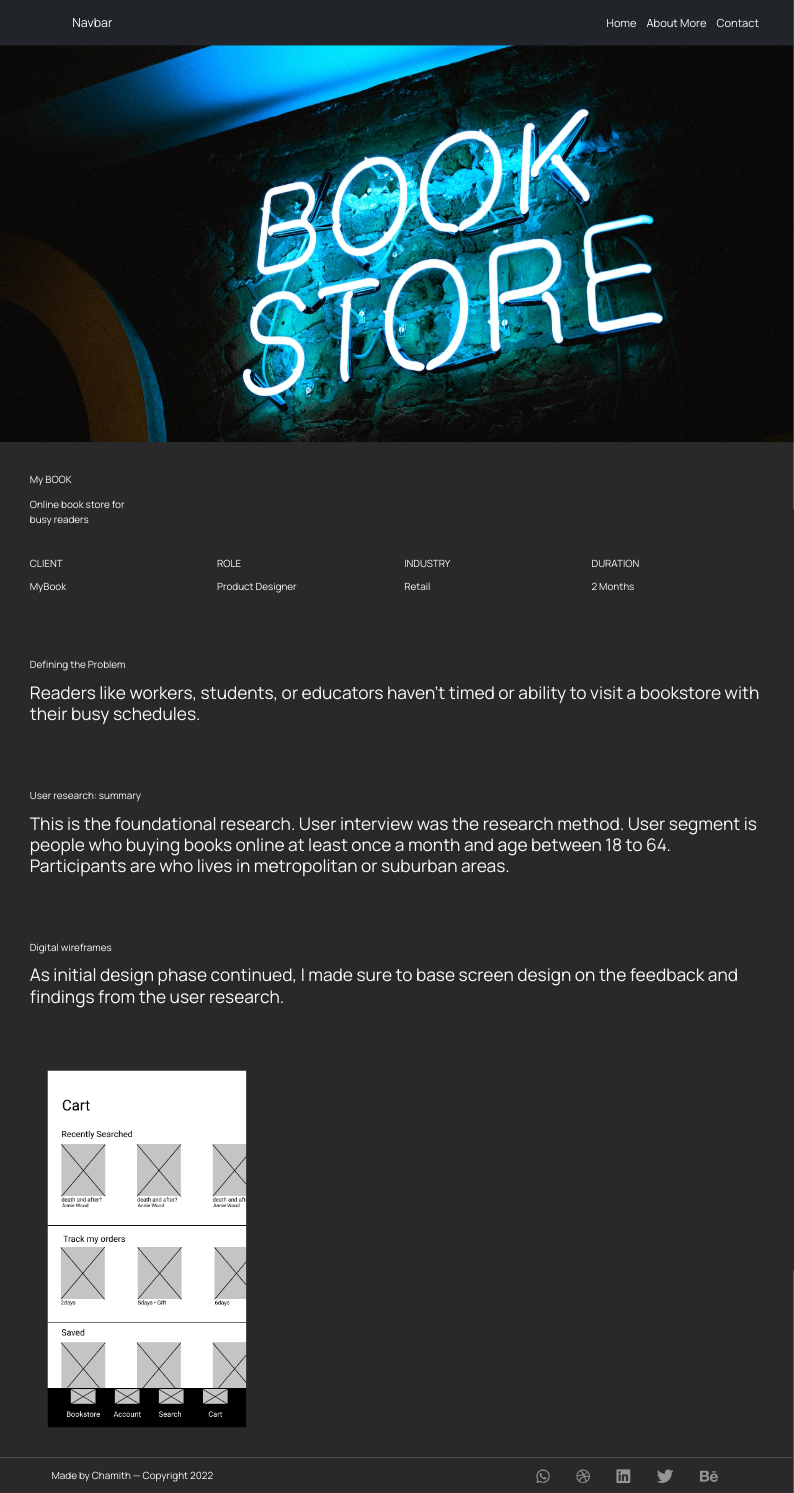
Repository: Realchamithweb/chamith-html
Page: work.html
The author's editor kept a copy of each file at every save. The page is drawn from the files as they stood at one save, then again after the next save.
The browser window is 1280 px wide. The pictures show the whole page, at 62% of full size.

Above is the page before, as saved 2023-01-24 07:37:17.

After the next save:
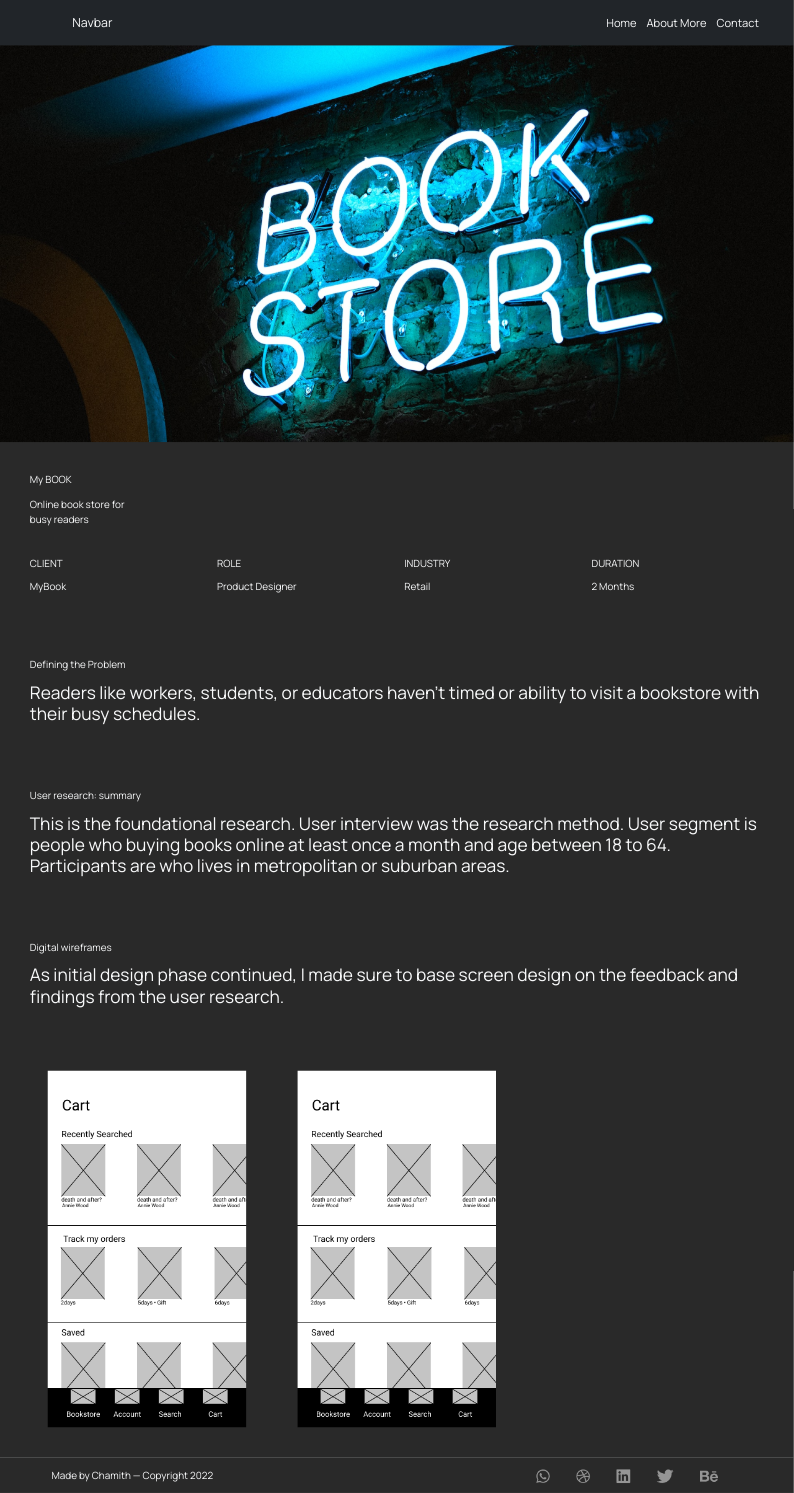
Saved 8 min 36 s later.
--- a/work.html
+++ b/work.html
@@ -97,8 +97,8 @@
                     <div class="col-lg-4 mx-auto">
                         <img src="/inc/Cart.png" class="img-fluid mx-auto d-block text-center">
                     </div>
-                    <div class="col-lg-4">
-
+                    <div class="col-lg-4 mx-auto">
+                        <img src="/inc/Cart.png" class="img-fluid mx-auto d-block text-center">
                     </div>
                     <div class="col-lg-4">
 
